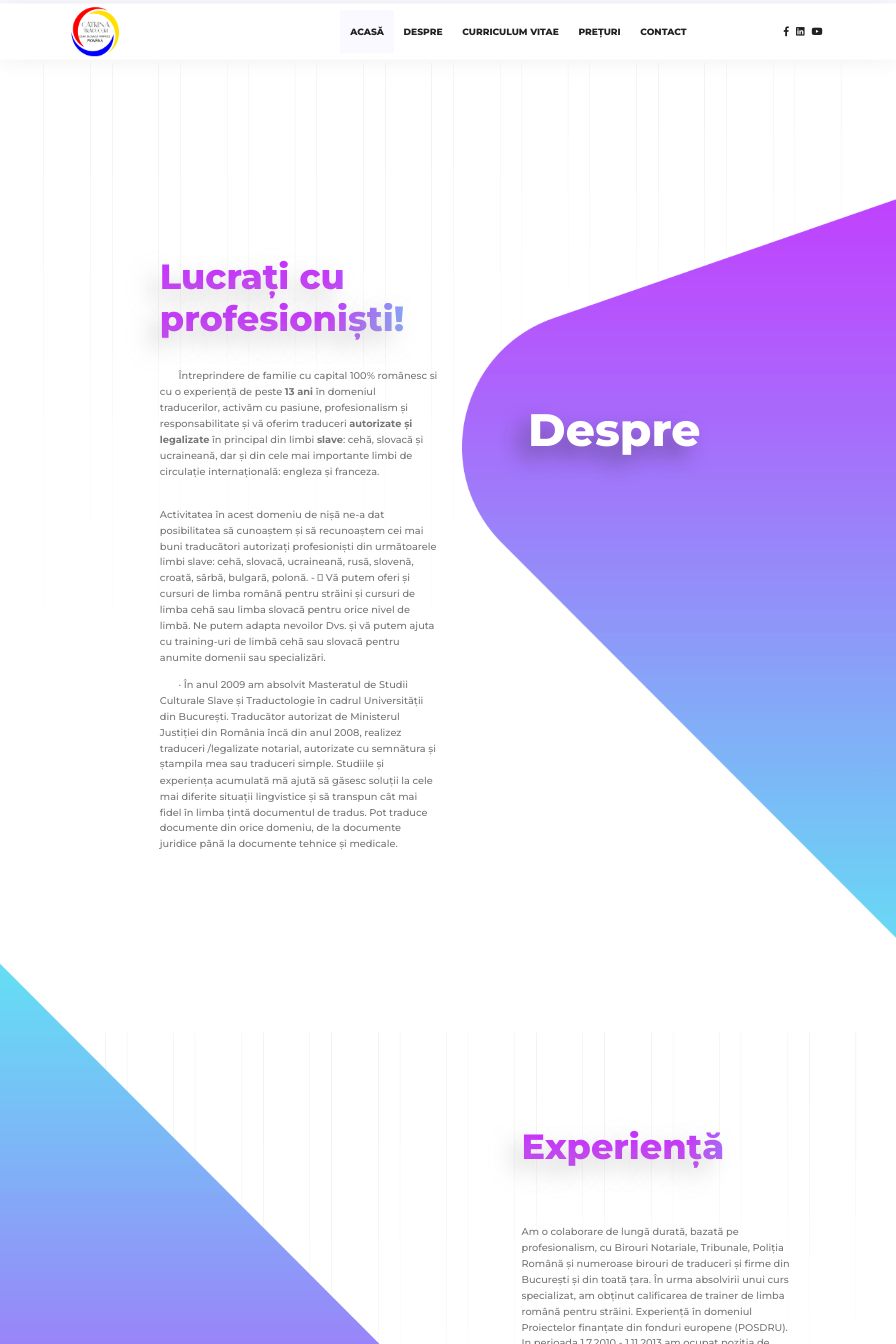
Repository: roscaImarius/site_traduceri
Page: index.html
The author's editor kept a copy of each file at every save. The page is drawn from the files as they stood at one save, then again after the next save.
The browser window is 1280 px wide. The pictures show the part of the page from y = 605 to 2525 px (the page is 7580 px tall), at 70% of full size.

Above is the page before, as saved 2022-03-17 15:08:24.

After the next save:
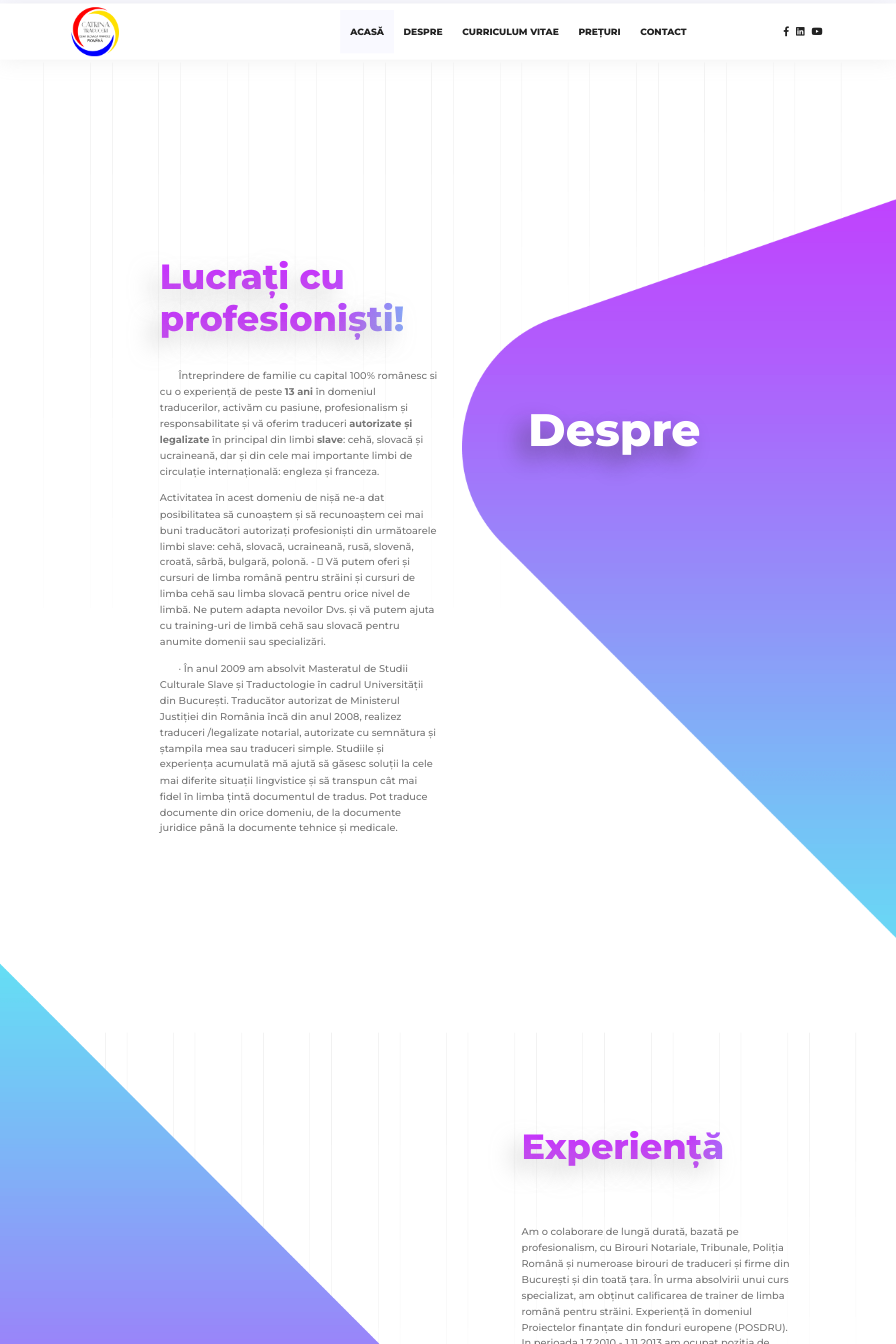
Saved 5 s later.
--- a/index.html
+++ b/index.html
@@ -143,7 +143,7 @@
               în principal din limbi
               <span style="font-weight: bold">slave</span>: cehă, slovacă și
               ucraineană, dar și din cele mai importante limbi de circulație
-              internațională: engleza și franceza. <br /><br />
+              internațională: engleza și franceza. <br />
             </p>
 
             <p>
